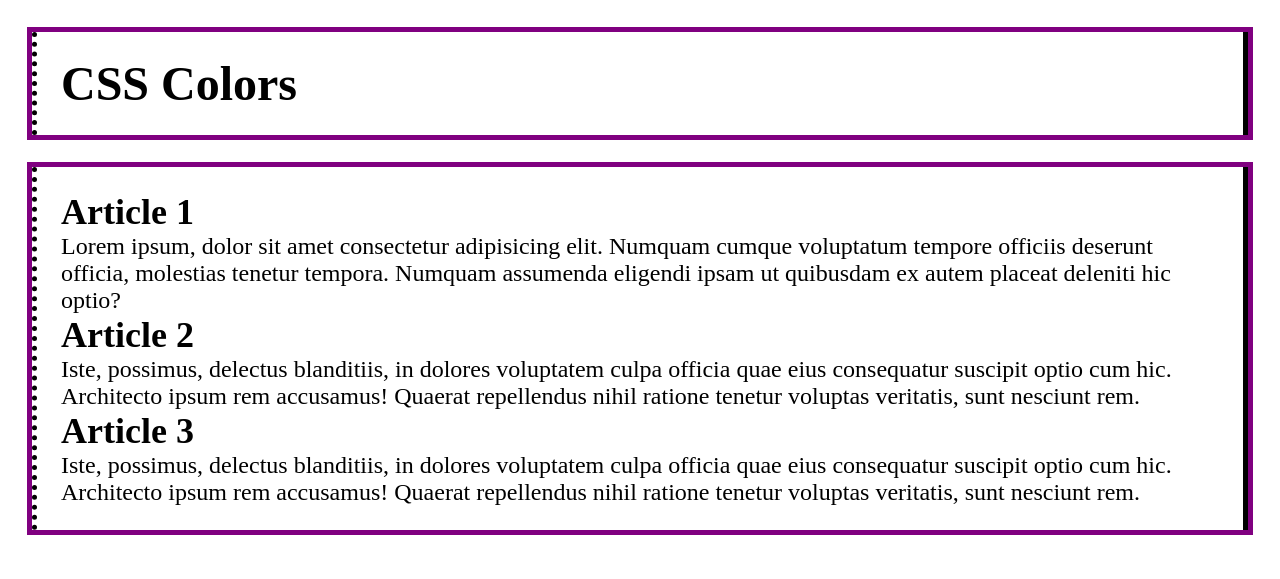
Repository: madhurik9999/Css
Page: index.html
The author's editor kept a copy of each file at every save. The page is drawn from the files as they stood at one save, then again after a run of saves.
The browser window is 1280 px wide. The pictures show the whole page.

Above is the page before, as saved 2023-12-09 12:22:50.

### index.html
<!DOCTYPE html>
<html lang="en">

<head>
    <meta charset="UTF-8">
    <meta http-equiv="X-UA-Compatible" content="IE=edge">
    <meta name="viewport" content="width=device-width, initial-scale=1.0">
    <title>Document</title>
    <link rel="stylesheet" href="styles/style.css">
</head>

<body>
    <header class="container">
        <h1>CSS Colors</h1>
    </header>
    <main class="container">
        <article>
            <h2>Article 1</h2>
            <p class="gray">Lorem ipsum, dolor sit amet consectetur adipisicing elit. Numquam cumque voluptatum tempore
                officiis
                deserunt
                officia, molestias tenetur tempora. Numquam assumenda eligendi ipsam ut quibusdam ex autem placeat
                deleniti
                hic optio?</p>
        </article>
        <article>
            <h2>Article 2</h2>
            <p class="two">Iste, possimus, delectus blanditiis, in dolores voluptatem culpa officia quae
                eius
                consequatur
                suscipit optio
                cum hic. Architecto ipsum rem accusamus! Quaerat repellendus <span class="highlight">nihil</span>
                ratione tenetur voluptas
                veritatis,
                sunt
                nesciunt rem.</p>
        </article>
        <article>
            <h2>Article 3</h2>
            <p class="three">Iste, possimus, delectus blanditiis, in dolores voluptatem culpa officia quae eius
                consequatur
                suscipit optio
                cum hic. Architecto <span class="highlight">ipsum</span> rem accusamus! Quaerat repellendus nihil
                ratione tenetur voluptas
                veritatis,
                sunt
                nesciunt rem.</p>
        </article>
    </main>
</body>

</html>

### styles/style.css
/* Selectors */
/* html {
    font-size: 22px;
}

body {
    font-size: 22px;
}

main {
    font-family: monospace;
}

button,
input,
textarea,
select {
    font: inherit;
}

p {
    color: purple;
}

.highlight {
    text-transform: uppercase;
    background-color: gold;
}

.gray {
    color: grey;
}

#second {
    font-style: italic;
} */

/* Colors */
/* body {
    font-size: 22px;
    font-family: Arial, Helvetica, sans-serif;
    line-height: 1.5;
    background: papayawhip;
    color: rgb(255, 0, 0);
}

p {
    color: #ff00ffd2;
} */

/* Css Units & Sizes */
/* * {
    margin: 0;
    padding: 0;
    box-sizing: border-box;
}

body {
    width: 100%;
    height: 100vh;
}

h1 {
    border: 2px dashed red;
    width: 50%;
    font-size: 3rem;
    padding: 0.5em;
}

main {
    font-size: 2rem;
}

p {
    font-size: 2rem;
} */

/* CSS BOX MODEL */
/* * {
    margin: 0;
    padding: 0;
    box-sizing: border-box;
}

h1 {
    border: 2px dashed red;
    width: 400px;
    font-size: 3rem;
    padding: 0.5em;
} */

/* /Box Modal */
* {
    margin: 0;
    padding: 0;
    box-sizing: border-box;
}

.container {
    /* border: dashed red; */
    border: offset red;
    /* border: double red; */
    border-top-width: 5px;
    border-left: 5px dotted;
    border-right: 5px solid;
    font-size: 1.5rem;
    /* margin-top: 1.5rem;
    margin-left: 1.5rem;
    margin-right: 1.5rem;
    margin-bottom: 1.5rem; */
    margin: 2rem 2rem 2rem 2rem;
    /* margin: 2rem 2rem 2rem ;
    margin: 2rem 2rem; */
    padding: 1.5rem;
    outline: 5px solid purple;
}

After the next 2 saves:
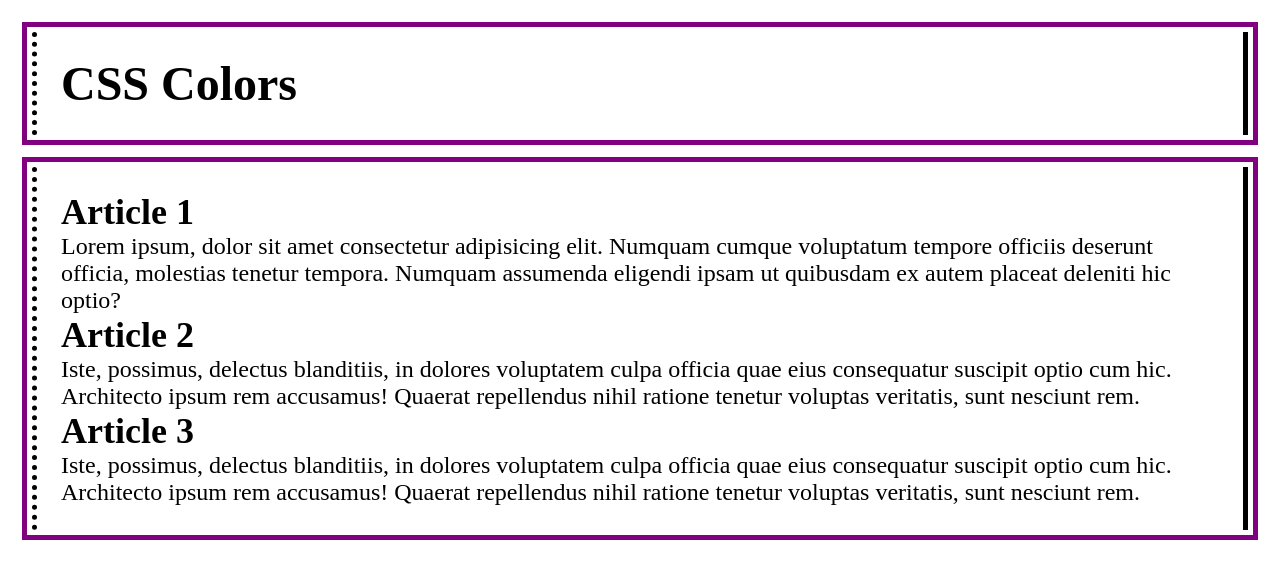
The 2 saves are shown as one change because they came seconds apart.
The last was saved 14 s later.
--- a/styles/style.css
+++ b/styles/style.css
@@ -113,4 +113,5 @@ h1 {
     margin: 2rem 2rem; */
     padding: 1.5rem;
     outline: 5px solid purple;
+    outline-offset: 5px;
 }
